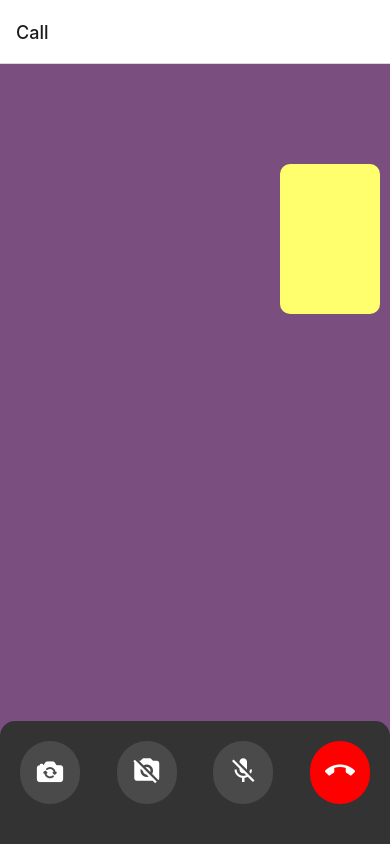
Repository: JennaFi/VideoCallApp
Screen: /
An editor plug-in stored every save of this project. The screen is shown before and after the next save, followed by the edit.
The app was drawn by React Native's web renderer in a window 390 px wide. The project was rebuilt for these pictures with package versions that can differ from the ones it lists, and the page was loaded fresh each time. Also part of the build but not shown: src/screens/CallingScreen/index.js, src/screens/ContactsScreen/index.js, src/screens/IncomingCallScreen/index.js.

Above is the screen before, as saved 2022-01-14 01:01:53.

After the next save:
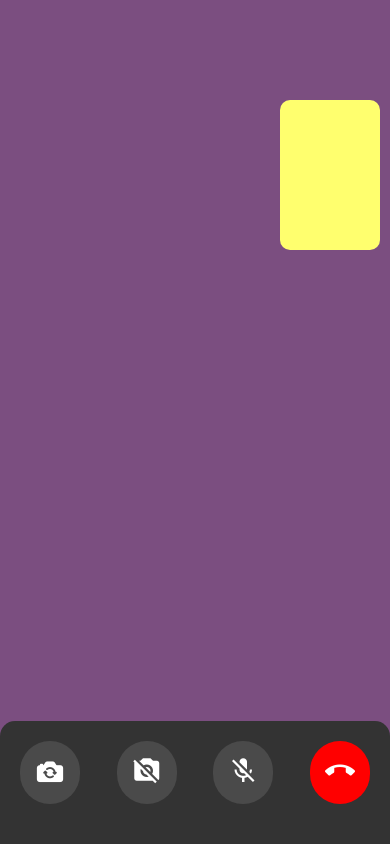
Saved 15 h 33 min later.
--- a/src/navigation/index.js
+++ b/src/navigation/index.js
@@ -17,10 +17,10 @@ const Navigation = () => {
       <Stack.Navigator initialRouteName={'Call'}>
         <Stack.Screen name='Contacts' component={ContactsScreen} />
 
-        <Stack.Group>
+        <Stack.Group screenOptions={{headerShown: false}}>
           <Stack.Screen name='Call' component={CallScreen} />
-        <Stack.Screen name='Calling' component={CallingScreen} />
-        <Stack.Screen name='IncomingCall' component={IncomingCallScreen} />
+          <Stack.Screen name='Calling' component={CallingScreen} />
+          <Stack.Screen name='IncomingCall' component={IncomingCallScreen} />
         </Stack.Group>
 
 
